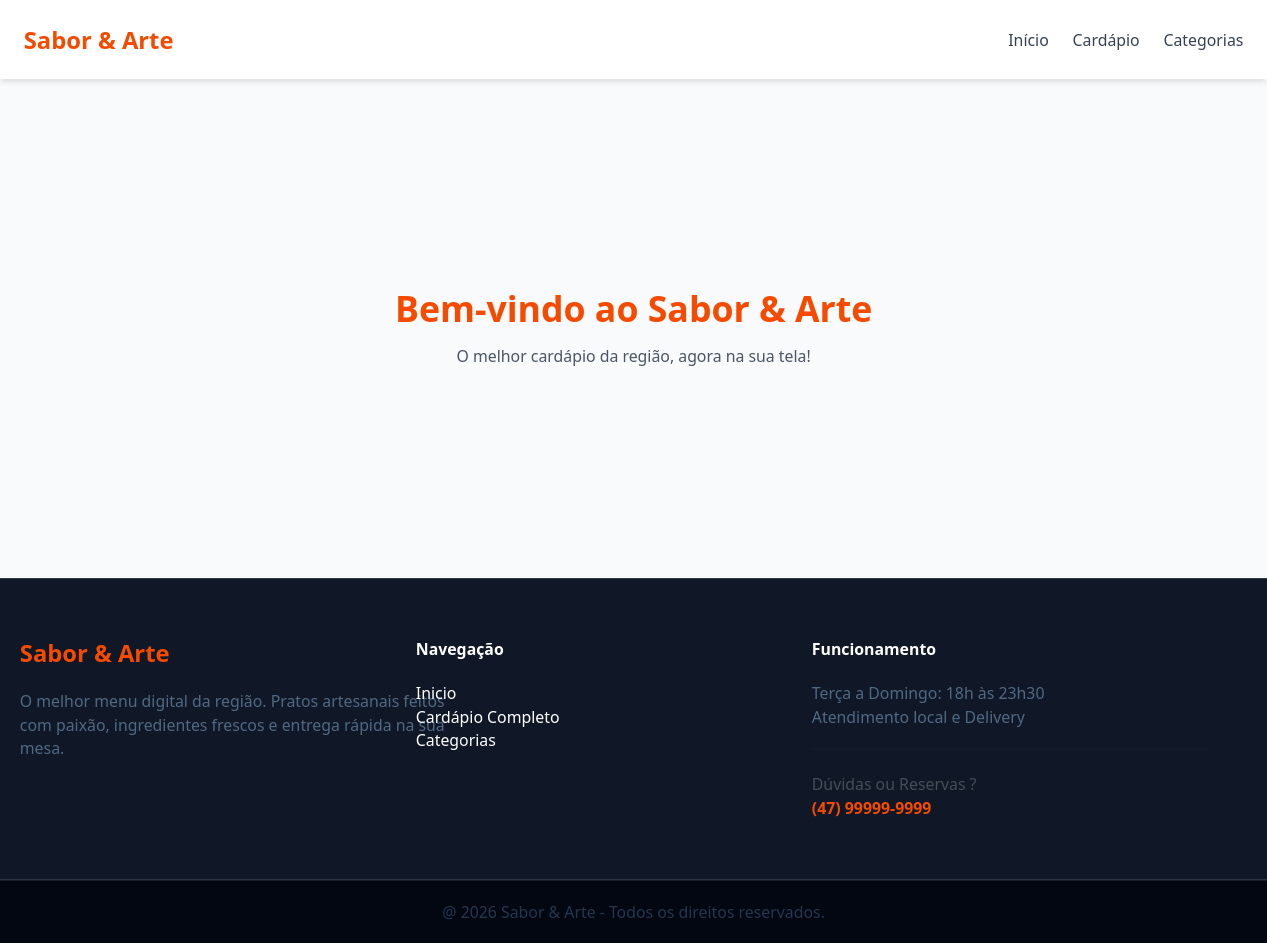
Repository: DiegoWWeege/pair-programming-next-js
Page: / (app in next-js-project/)
The author's editor kept a copy of each file at every save. The page is drawn from the files as they stood at one save, then again after the next save.
The browser window is 1280 px wide. The pictures show the whole page, at 99% of full size.
The project was rebuilt for these pictures with package versions that can differ from the ones it lists, and the page was loaded fresh each time. The framework's server and built-in components were replaced by stand-ins that run in the browser. Also part of the build but not shown: next-js-project/next.config.ts.

Above is the page before, as saved 2026-09-18 19:02:37.

### next-js-project/src/app/layout.tsx
import type { Metadata } from "next";
import "./globals.css";
import {Inter, Montserrat} from "next/font/google"
import NavBar from "@/components/NavBar";
import Footer from "@/components/Footer";

const inter = Inter({subsets: ["latin"], variable : "--font-inter"});

const montserrat = Montserrat({ subsets: ["latin"], variable: "--font-montserrat"})

export const metadata: Metadata = {
  title: "Menu Digital - Restaurante",
  description: "Desenvolvido por Diego e Cherpinski",
};

export default function RootLayout({ children }: LayoutProps<"/">) {
  return (
    <html
      lang="pt-br"
    >
      <body className="bg-gray-50 antialiased">
        <NavBar></NavBar>
        {children}
        <Footer/>

      </body>
    </html>
  );
}

### next-js-project/src/app/page.tsx
import Image from "next/image";
import Footer from "../components/Footer";
import NavBar from "@/components/NavBar";

export default function Home() {
  return (
    <div>
      <main className="flex flex-col items-center justify-center min-h-[70vh]">
        <h1 className="text-4xl font-bold text-orange-600 ">Bem-vindo ao Sabor & Arte</h1>
        <p className="mt-4 text-gray-600">O melhor cardápio da região, agora na sua tela!</p>
      </main>
    </div>
  );
}

### next-js-project/src/components/NavBar.tsx
import Link from "next/link";


export default function NavBar(){

    return (
        <nav className="flex items-center justify-between p-6 bg-white shadow-md">
            <h2 className="text-2xl font-bold text-orange-600">Sabor & Arte</h2>

            <div className="flex gap-6">
                <Link href= "/" className="text-gray-700 hover:text-orange-600 font-medium">Início</Link>

                <Link href= "/cardapio" className="text-gray-700 hover:text-orange-600 font-medium">Cardápio</Link>

                <Link href= "/categorias" className="text-gray-700 hover:text-orange-600 font-medium">Categorias</Link>
            </div>

        </nav>
    );
}

### next-js-project/src/components/Footer.tsx
import Link from "next/link"

export default function Footer(){

    return(

        <footer>
           <div className="grid grid-cols-3 pl-5 bg-[#101828] p-15">
                <div>
                    <h2 className="font-bold text-orange-600 text-2xl mb-5 ">
                        Sabor & Arte
                    </h2>

                    <p className="w-110 mb-5 w-60 text-[#506982]">
                        O melhor menu digital da região. Pratos artesanais feitos com
                        paixão, ingredientes frescos e entrega rápida na sua mesa.
                    </p>
                </div>

                <div>
                    <h3 className = "text-white font-bold mb-5">
                        Navegação
                    </h3>

                    <Link className = "block text-white" href="/">Inicio</Link>
                    <Link className = "block text-white" href="/cardapio">Cardápio Completo</Link>
                    <Link className = "block text-white" href="/categorias">Categorias</Link>
                </div>

                <div>
                    <h3 className="text-white font-bold mb-5">
                        Funcionamento
                    </h3>

                    <p className="mb-5 w-60 text-[#506982]">
                        Terça a Domingo: 18h às 23h30
                        Atendimento local e Delivery
                    </p>

                    <hr className="border-[#151E2E] h-1"/>

                    <p className="mt-5 text-[#444E56]">
                        Dúvidas ou Reservas ?
                    </p>

                    <strong className="text-orange-600">
                        (47) 99999-9999
                    </strong>
                </div>

           </div>

            <hr className="border-[#151E2E] "/>

           <div className = "flex items-center justify-center p-5 bg-[#030712]">
                    <p className="text-[#25374E]">
                        @ 2026 Sabor & Arte - Todos os direitos reservados.
                    </p>
            </div>
        </footer>
    )

}

Loaded but not shown: next-js-project/src/app/globals.css (common file)

After the next save:
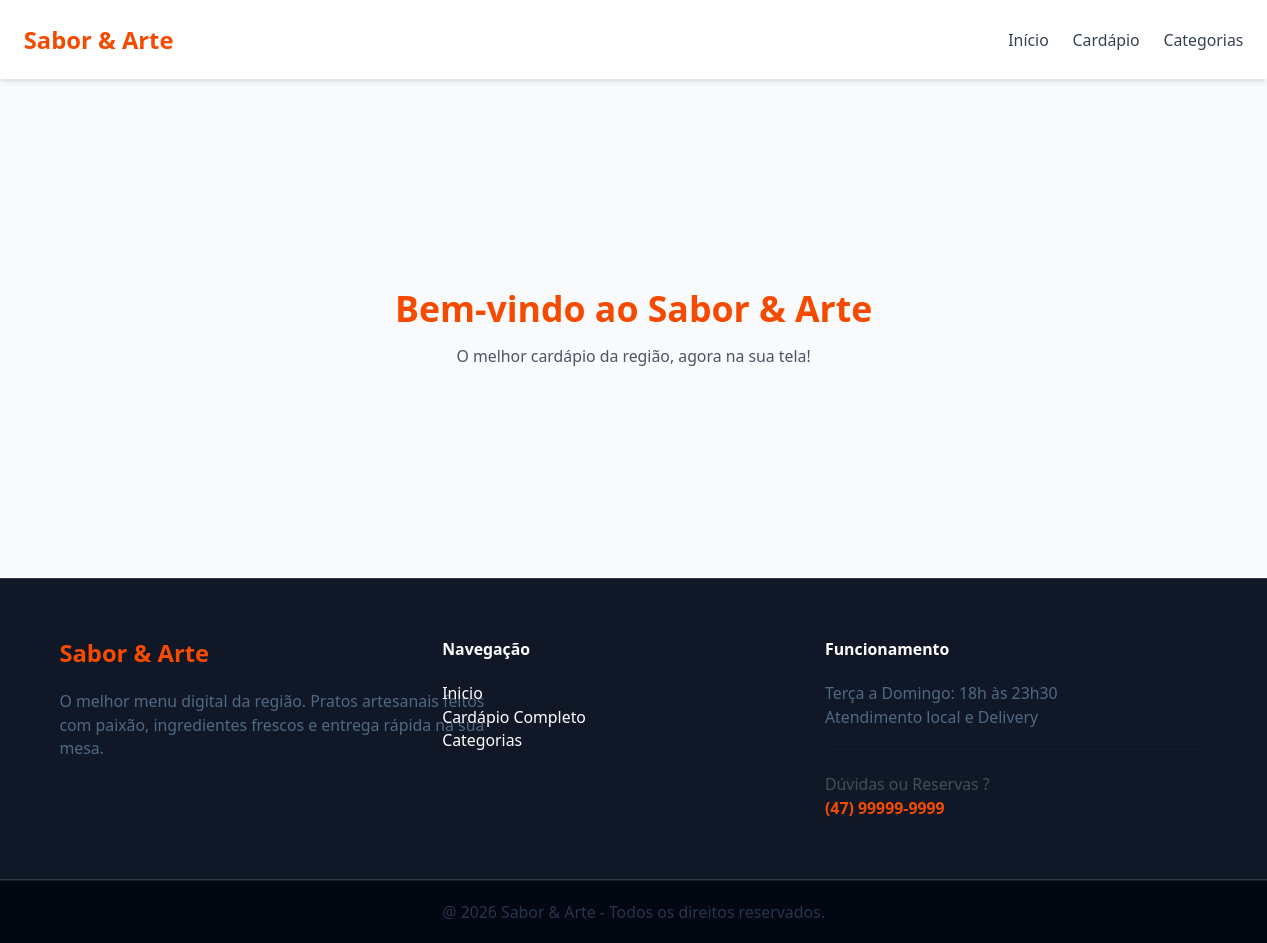
Saved 5 s later.
--- a/next-js-project/src/components/Footer.tsx
+++ b/next-js-project/src/components/Footer.tsx
@@ -5,7 +5,7 @@ export default function Footer(){
     return(
 
         <footer>
-           <div className="grid grid-cols-3 pl-5 bg-[#101828] p-15">
+           <div className="grid grid-cols-3 bg-[#101828] p-15">
                 <div>
                     <h2 className="font-bold text-orange-600 text-2xl mb-5 ">
                         Sabor & Arte
